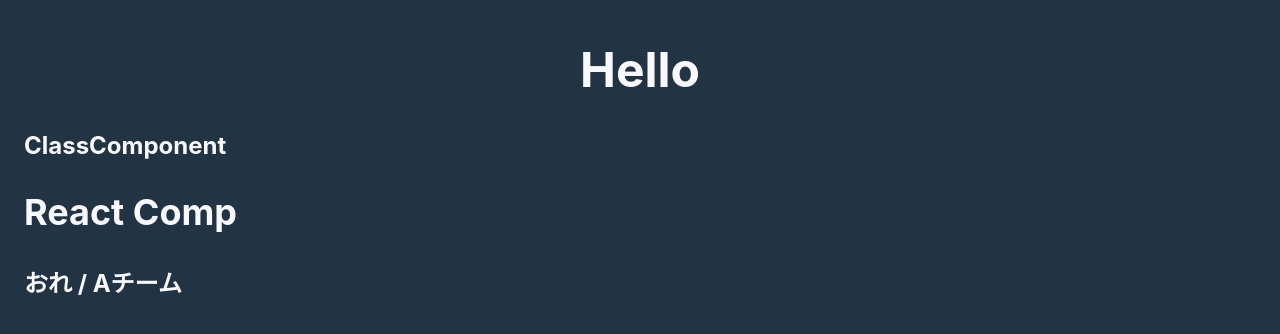
Repository: BoxPistols/hello-react-window
Page: /
The author's editor kept a copy of each file at every save. The page is drawn from the files as they stood at one save, then again after a run of saves.
The browser window is 1280 px wide. The pictures show the whole page.
The project was rebuilt for these pictures with package versions that can differ from the ones it lists, and the page was loaded fresh each time.

Above is the page before, as saved 2020-07-20 19:14:12.

### src/index.js
import React from 'react'
import ReactDOM from 'react-dom'
import './index.css'
import App from './App';
import * as serviceWorker from './serviceWorker'

import { stringVal, myVal, ReactEl } from './Variable'
import ClassComponent from './Variable'

console.log(stringVal)
myVal()

class Human {
  constructor(name, age) {
    this.name = name
    this.age = age
  }
}

const myProfile = new Human('ore', 42)
console.log(`name:${myProfile.name} age:${myProfile.age}`)

const tanakaProfile = new Human('tanaka', 22)
console.log(`name:${tanakaProfile.name} age:${tanakaProfile.age}`)

// const returnReactElement = (val) => <h2>{val}</h2>
const ReturnReactElement = ({ name, group }) => {
  return (
    <h2>
      <App/>
      <ClassComponent />
      <ReactEl />
      {name} / {group}
    </h2>
  )
}
ReactDOM.render(
  <ReturnReactElement name="おれ" group="Aチーム" />,
  document.getElementById('root')
)

serviceWorker.unregister()

### src/App.js
import React from 'react'
import logo from './logo.svg'
import './App.css'

import Comp1 from './components/comp1'

function App() {
  return (
    <div className="App">
      <Comp1 />
    </div>
  )
}

export default App

### src/Variable.js
import React from 'react'

export const stringVal = 'stringVal!'

export const myVal = () => {
  console.log('moge')
}

export const ReactEl = () => <h2>React Comp</h2>

class ClassComponent extends React.Component {
  render() {
    return <div>ClassComponent</div>
  }
}

export default ClassComponent

### src/components/comp1.jsx
import React from "react"

function Comp1(props){
  return(
    <>
      <h1>Hello</h1>
    </>
  )
}
export default Comp1

Loaded but not shown: public/index.html (common file); src/index.css (common file); src/serviceWorker.js (common file); src/App.css (common file)

After the next 2 saves:
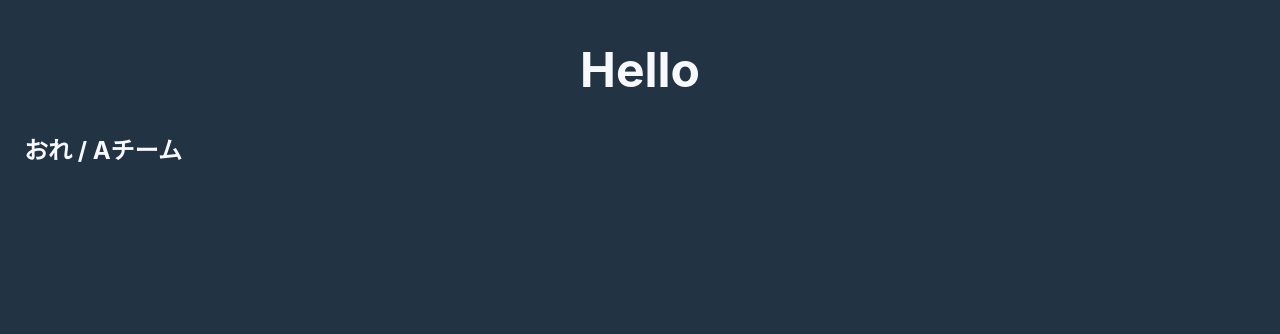
The 2 saves are shown as one change because they came seconds apart.
The last was saved 19 min 0 s later.
--- a/src/index.js
+++ b/src/index.js
@@ -1,7 +1,7 @@
 import React from 'react'
 import ReactDOM from 'react-dom'
 import './index.css'
-import App from './App';
+import App from './App'
 import * as serviceWorker from './serviceWorker'
 
 import { stringVal, myVal, ReactEl } from './Variable'
@@ -27,9 +27,9 @@ console.log(`name:${tanakaProfile.name} age:${tanakaProfile.age}`)
 const ReturnReactElement = ({ name, group }) => {
   return (
     <h2>
-      <App/>
-      <ClassComponent />
-      <ReactEl />
+      <App />
+      {/* <ClassComponent /> */}
+      {/* <ReactEl /> */}
       {name} / {group}
     </h2>
   )
